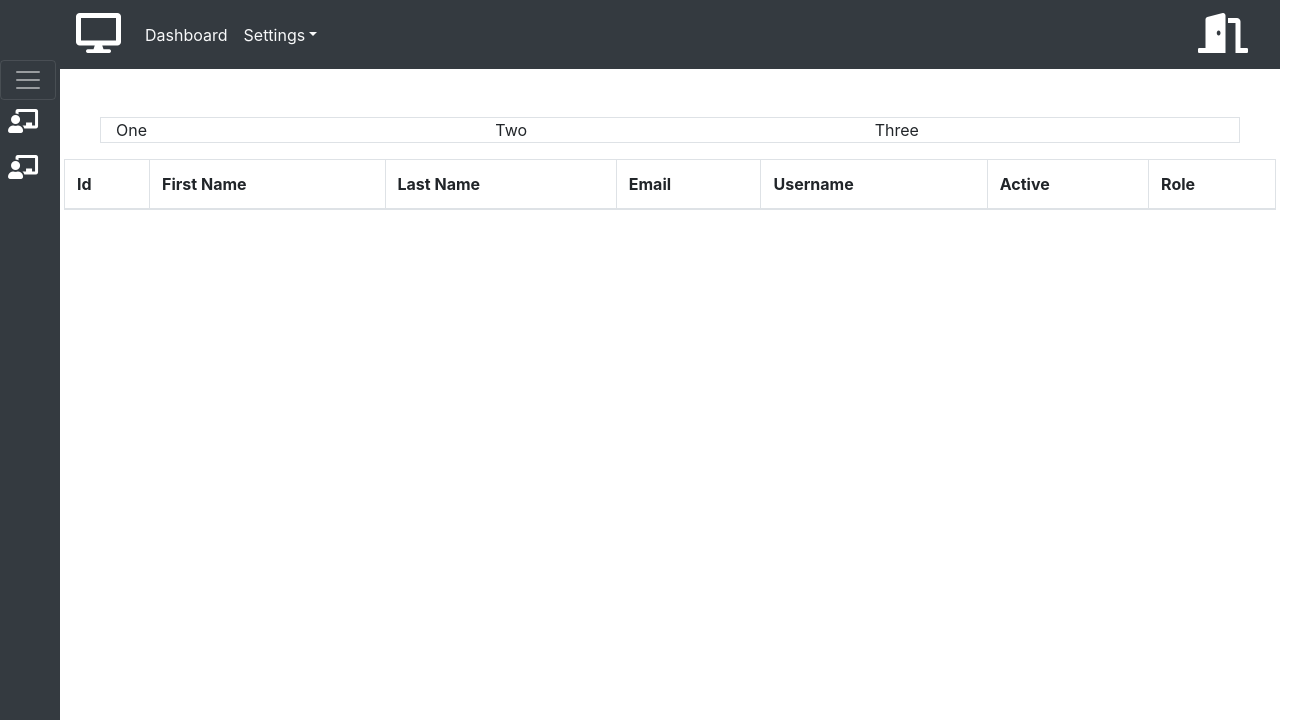
Repository: Pjosif/iDesk
Page: http://localhost/web/protected/userAdm.jsp
The author's editor kept a copy of each file at every save. The page is drawn from the files as they stood at one save, then again after the next save.
The browser window is 1280 px wide. The page is 1280 px wide, then 1294 px, so the pictures cover 1294 px, including what lies to the right of the window. The pictures show the whole page.
Some web libraries are served in a nearby version. The page is served by Tomcat 9. Nobody is signed in. The application's start-up code is not run. Other server files are loaded and not shown. The template is opened directly, without the code that normally fills it, so the values that code supplies are empty.

Above is the page before, as saved 2018-08-01 12:08:38.

### main/web/src/main/webapp/protected/userAdm.jsp
<%@ page language="java" contentType="text/html; charset=ISO-8859-1" pageEncoding="ISO-8859-1"%>
<!DOCTYPE html>
<%@ taglib uri="http://www.springframework.org/tags/form" prefix="form"%>
<%@ taglib uri="http://java.sun.com/jsp/jstl/core" prefix="c"%>
<html>
<head>
<meta charset="utf-8">
<meta name="viewport" content="width=device-width, initial-scale=1, shrink-to-fit=no">
<link href="../resources/css/bootstrap.css" rel="stylesheet">
<link rel="stylesheet" href="https://use.fontawesome.com/releases/v5.1.0/css/all.css" integrity="sha384-lKuwvrZot6UHsBSfcMvOkWwlCMgc0TaWr+30HWe3a4ltaBwTZhyTEggF5tJv8tbt" crossorigin="anonymous">
<link href="../resources/css/sidenav.css" rel="stylesheet">
<title>User Management</title>
</head>
<body>
	<jsp:include page="../master/sidenav.jsp" />
	<div id="main" class="main">
		<jsp:include page="../master/header.jsp" />
		<div class="container border mt-5">
			<div class="row">
				<div class="col-sm">One</div>
				<div class="col-sm">Two</div>
				<div class="col-sm">Three</div>
			</div>
		</div>

		<div class="mt-3 mx-1">
			<table class="table table-bordered">
				<thead>
					<tr>
						<th scope="col">Id</th>
						<th scope="col">First Name</th>
						<th scope="col">Last Name</th>
						<th scope="col">Email</th>
						<th scope="col">Username</th>
						<th scope="col">Active</th>
						<th scope="col">Role</th>
					</tr>
				</thead>
				<c:forEach var="emp" items="${list}">
					<tr>
						<th scope="row">${emp.id}</th>
						<td>${emp.firstName}</td>
						<td>${emp.lastName}</td>
						<td>${emp.email}</td>
						<td>${emp.username}</td>
						<td>${emp.active}</td>
						<td>${emp.role.role}</td>
					</tr>
				</c:forEach>
			</table>
		</div>

	</div>
	<script src="https://code.jquery.com/jquery-3.3.1.slim.min.js" integrity="sha384-q8i/X+965DzO0rT7abK41JStQIAqVgRVzpbzo5smXKp4YfRvH+8abtTE1Pi6jizo" crossorigin="anonymous"></script>
	<script src="https://cdnjs.cloudflare.com/ajax/libs/popper.js/1.14.3/umd/popper.min.js" integrity="sha384-ZMP7rVo3mIykV+2+9J3UJ46jBk0WLaUAdn689aCwoqbBJiSnjAK/l8WvCWPIPm49" crossorigin="anonymous"></script>
	<script src="../resources/js/bootstrap.min.js"></script>
</body>
</html>

### main/web/src/main/webapp/master/sidenav.jsp
<div id=sideNav class=sidenav>
	<div class="navbar-dark">
		<button class="navbar-toggler" type="button" onclick="togleNav()">
			<span class="navbar-toggler-icon"></span>
		</button>
	</div>
	<ul>
		<li>
			<a href="#">
				<i class="fas fa-chalkboard-teacher"></i>Incident
			</a>
		</li>
		<li>
			<a href="#">
				<i class="fas fa-chalkboard-teacher"></i>Request
			</a>
		</li>

		<!-- 		<a href="#"><i class="fas fa-chalkboard-teacher"></i>MENU 3</a> -->
		<!-- 		<a href="#"><i class="fas fa-chalkboard-teacher"></i>MENU 4</a> -->
	</ul>
</div>
<script>
	function togleNav() {
		var navigator = document.getElementById("sideNav");
		if (navigator.style.width === "200px") {
			closeNav();
		} else {
			openNav();
		}
	}

	function openNav() {
		document.getElementById("sideNav").style.width = "200px";
		document.getElementById("main").style.marginLeft = "200px";
	}

	function closeNav() {
		document.getElementById("sideNav").style.width = "60px";
		document.getElementById("main").style.marginLeft = "60px";
	}
</script>

### main/web/src/main/webapp/master/header.jsp
<%@ taglib prefix="sec" uri="http://www.springframework.org/security/tags" %>
<nav class="navbar navbar-expand-sm navbar-dark bg-dark">
	<div>
		<a class="navbar-brand" href="home">
			<i class="fas fa-desktop fa-2x"></i>
		</a>
	</div>
	<button class="navbar-toggler" type="button" data-toggle="collapse" data-target="header" aria-controls="header" aria-expanded="false" aria-label="Toggle navigation">
		<span class="navbar-toggler-icon"></span>
	</button>
	<div class="collapse navbar-collapse" id="header">
		<ul class="navbar-nav mr-auto">
			<li class="nav-item">
				<a class="nav-link text-light" href="#">Dashboard</a>
			</li>
			<li class="nav-item dropdown">
				<a class="nav-link dropdown-toggle text-light" style="cursor:pointer" id="settings" data-toggle=dropdown aria-haspopup="true" aria-expanded="false">Settings</a>
				<div class="dropdown-menu" aria-labelledby="settings">
					<a class="dropdown-item" href="#">Configuration Item</a>
				</div>
			</li>
			<sec:authorize access="hasAuthority('ADMIN_PRIVILEGE')">
			<li class="nav-item dropdown">
				<a class="nav-link dropdown-toggle text-light" style="cursor: pointer" id="dropdown03" data-toggle="dropdown" aria-haspopup="true" aria-expanded="false">Administrator</a>
				<div class="dropdown-menu" aria-labelledby="dropdown03">
					<a class="dropdown-item" href="userlist">Users</a>
					<a class="dropdown-item" href="rolelist">Roles</a>
					<a class="dropdown-item" href="privlist">Privilege</a>
				</div>
			</li>
			</sec:authorize>
		</ul>
		<a class="navbar-brand" href="logout">
			<i class="fas fa-door-open fa-2x"></i>
		</a>
	</div>
</nav>

### main/web/src/main/webapp/resources/css/sidenav.css
.main {
	margin-left: 60px;
}

.sidenav {
    height: 100%;
    width: 60px;
    position: fixed;
    z-index: 1;
    top: 0;
    left: 0;
    background-color: #343a40;
    overflow-x: hidden;
    transition: 0.5s;
    padding-top: 60px;
}

.sidenav a {
	width:250px;
    padding: 8px 8px 8px 8px;
    text-decoration: none;
    font-size: 20px;
    color: #FFFFFF;
    display: block;
    transition: 0.3s;
}

.sidenav i {
	padding-right: 22px;
	font-size: 24px;
}

.sidenav ul {
	list-style-type: none;
	padding: 0;
}

.sidenav a:hover {
    color: #f1f1f1;
}

.sidenav .closebtn {
    position: absolute;
    top: 0;
    right: 25px;
    font-size: 36px;
    margin-left: 50px;
}

@media screen and (max-height: 450px) {
  .sidenav {padding-top: 15px;}
  .sidenav a {font-size: 18px;}
}

Loaded but not shown: main/web/src/main/webapp/resources/css/bootstrap.css (library); main/web/src/main/webapp/resources/js/bootstrap.min.js (library)

After the next save:
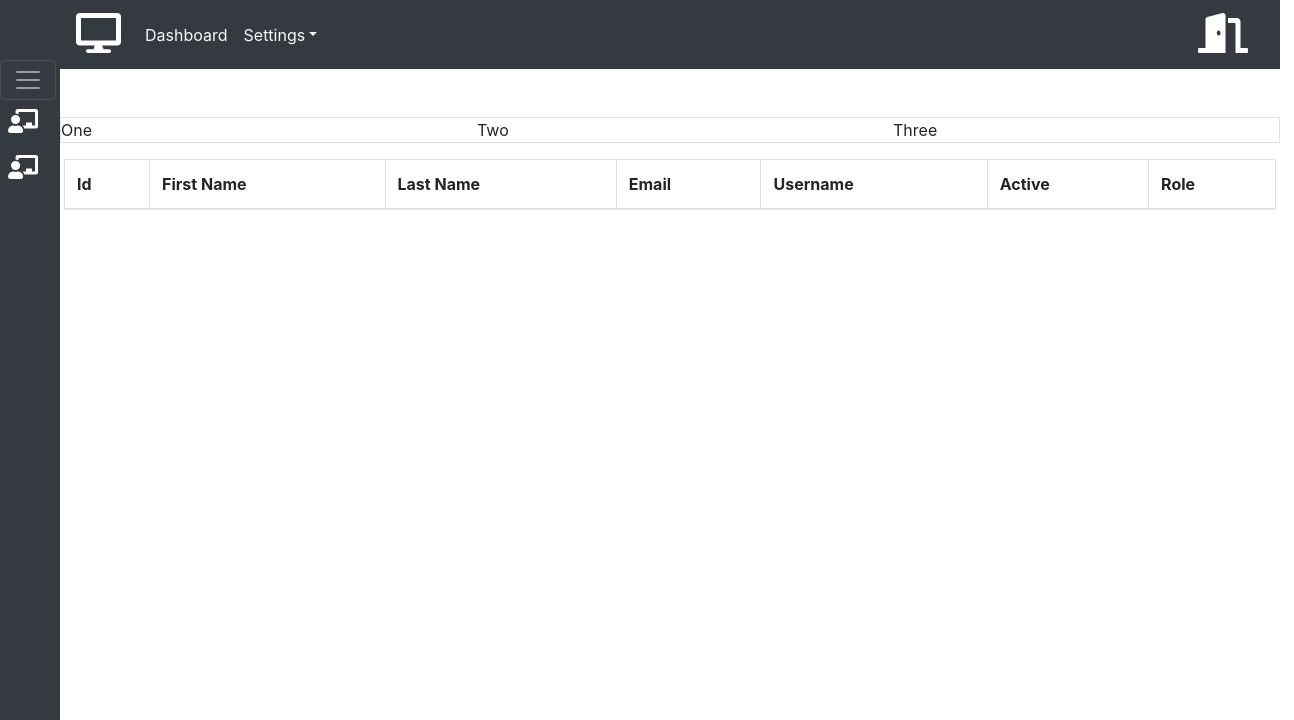
Saved 8 min 43 s later.
--- a/main/web/src/main/webapp/protected/userAdm.jsp
+++ b/main/web/src/main/webapp/protected/userAdm.jsp
@@ -15,7 +15,7 @@
 	<jsp:include page="../master/sidenav.jsp" />
 	<div id="main" class="main">
 		<jsp:include page="../master/header.jsp" />
-		<div class="container border mt-5">
+		<div class="border mt-5">
 			<div class="row">
 				<div class="col-sm">One</div>
 				<div class="col-sm">Two</div>
